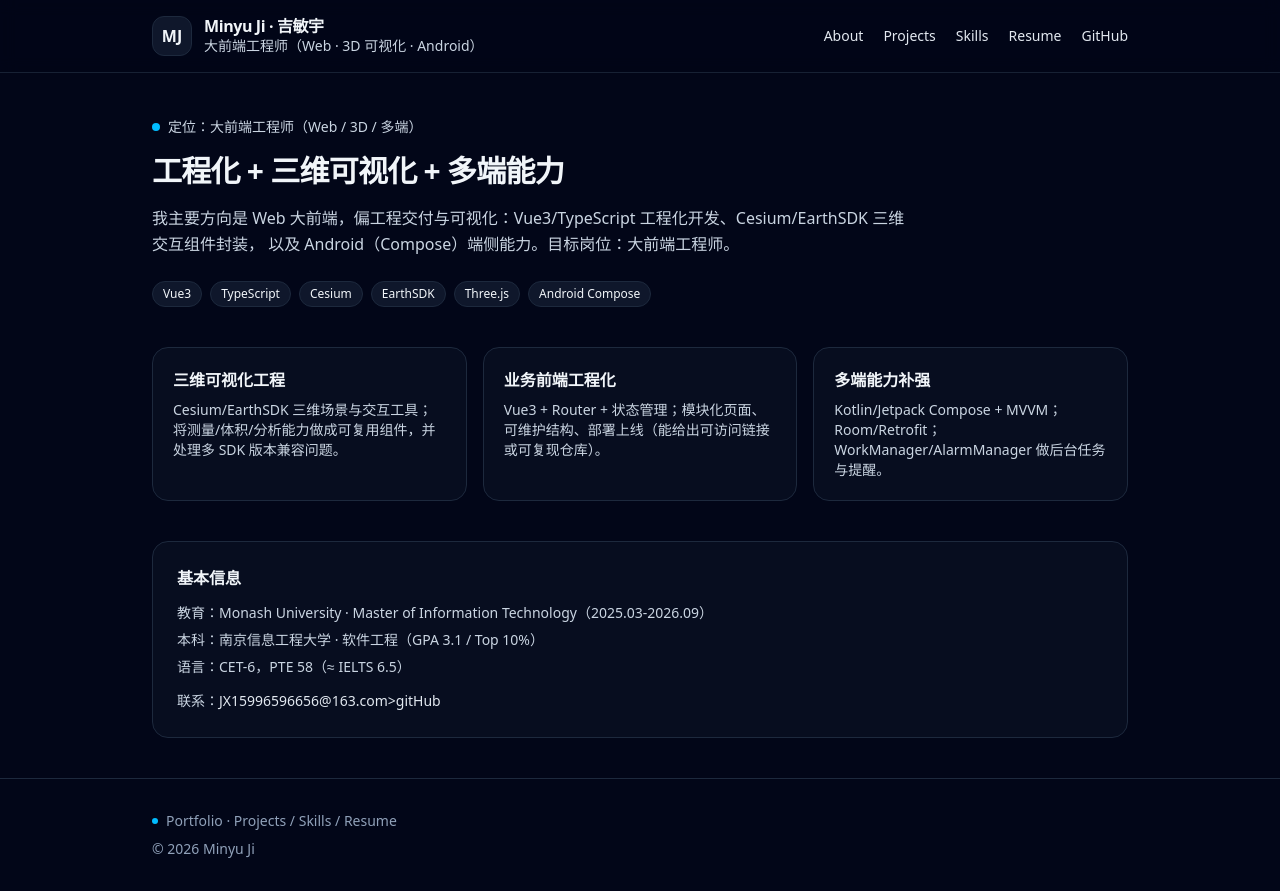
Repository: Andrew-JX/mj-portfolio
Page: /#/
The author's editor kept a copy of each file at every save. The page is drawn from the files as they stood at one save, then again after the next save.
The browser window is 1280 px wide. The pictures show the whole page.
The project was rebuilt for these pictures with package versions that can differ from the ones it lists, and the page was loaded fresh each time. Also part of the build but not shown: vite.config.ts, src/data/projects.ts, src/pages/ProjectsPage.vue, src/pages/ProjectDetailPage.vue, src/pages/SkillsPage.vue, src/pages/ResumePage.vue.

Above is the page before, as saved 2026-01-06 22:02:32.

After the next save:
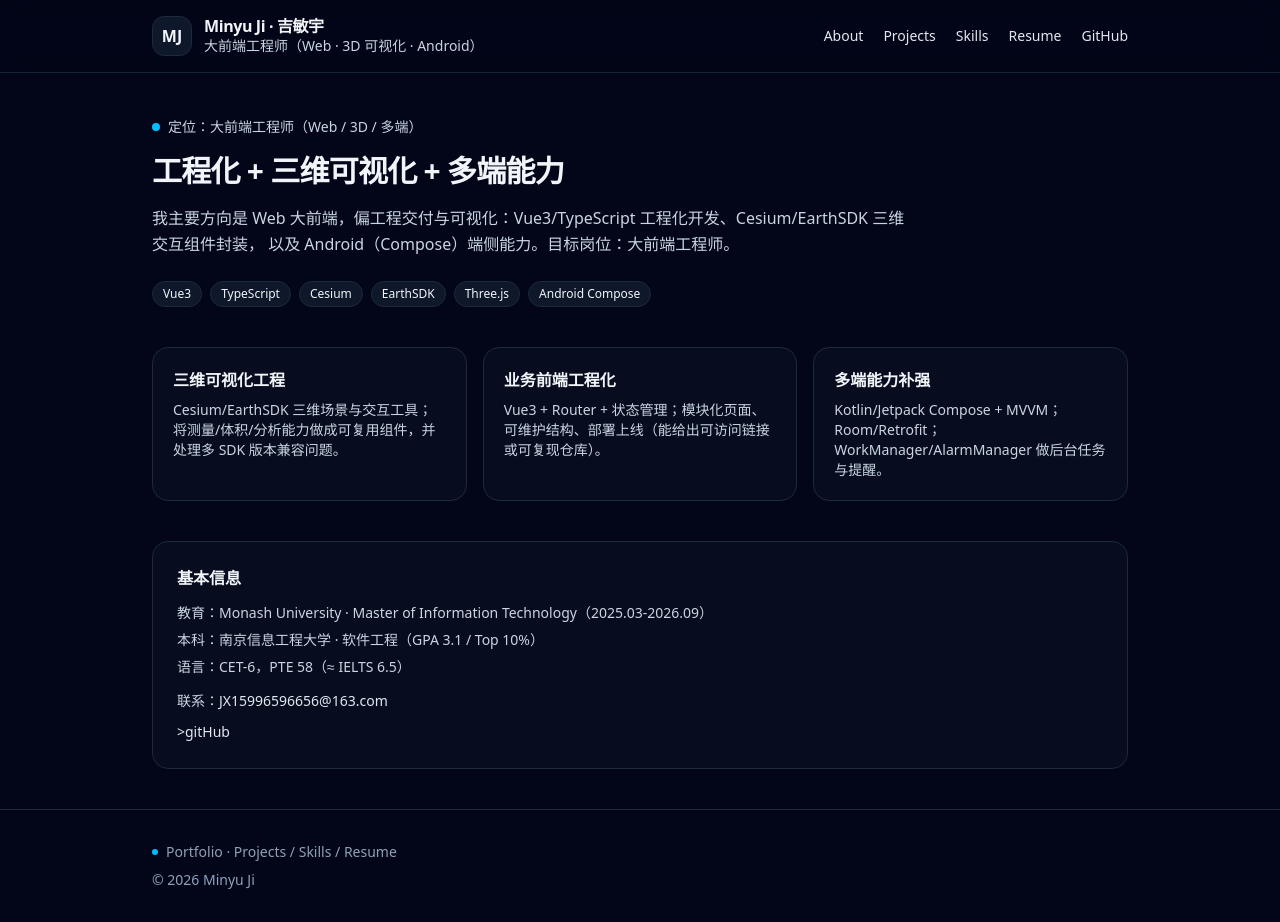
Saved 40 s later.
--- a/src/pages/AboutPage.vue
+++ b/src/pages/AboutPage.vue
@@ -56,6 +56,7 @@
         <div>语言：CET-6，PTE 58（≈ IELTS 6.5）</div>
         <div class="pt-2">
           联系：<span class="text-slate-200">JX15996596656@163.com</span>
+          <div class="pt-2"></div>
           <a class="text-slate-300 hover:text-white" href="https://github.com/Andrew-JX/" target="_blank"
             rel="noreferrer"><span class="text-slate-200">>gitHub</span>
           </a>
